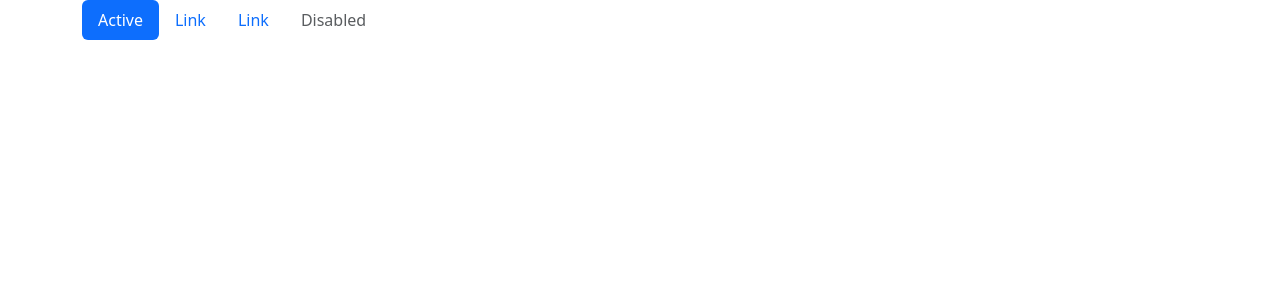
Repository: 9703146255/ADV-JAVA-PROJECTS
Page: http://localhost/03-CrudOperationProject/
An editor plug-in stored every save of this project. The page is shown before and after the next save, followed by the edit.
The browser window is 1280 px wide. The pictures show the whole page.
The page is served by Tomcat 9.

Above is the page before, as saved 2023-11-07 07:29:49.

After the next save:
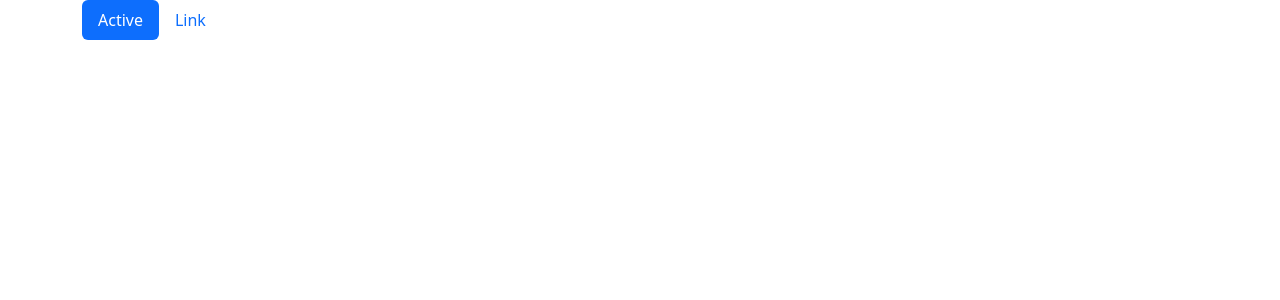
Saved 22 s later.
--- a/03-CrudOperationProject/src/main/webapp/user.jsp
+++ b/03-CrudOperationProject/src/main/webapp/user.jsp
@@ -23,14 +23,8 @@
   <li class="nav-item">
     <a class="nav-link" href="#">Link</a>
   </li>
-  <li class="nav-item">
-    <a class="nav-link" href="#">Link</a>
-  </li>
-  <li class="nav-item">
-    <a class="nav-link disabled" aria-disabled="true">Disabled</a>
-  </li>
+
 </ul>
-
 
 </div>
 
